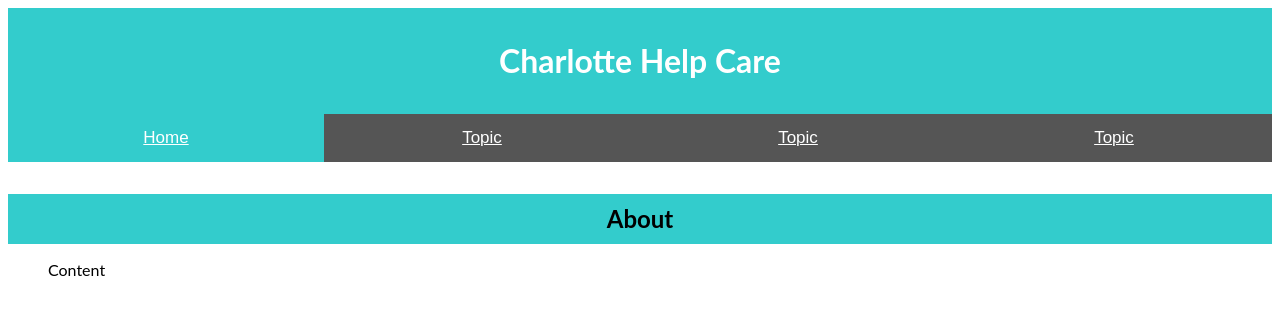
Repository: celrod1/ITIS2211
Page: Index.html
The author's editor kept a record of every edit. The page is drawn from the files as they stood at one moment, then again after the next edit.
The browser window is 1280 px wide. The pictures show the whole page.

Above is the page before.

### Index.html
<!DOCTYPE html>
<html>
<head>

<style>
body {font-family: "Lato", sans-serif;}

.tablink {
  background-color: #555;
  color: white;
  float: left;
  border: none;
  outline: none;
  cursor: pointer;
  padding: 14px 16px;
  font-size: 17px;
  width: 25%;
}

.tablink:hover {
  background-color: #777;
}

.tabcontent {
  color: white;
  display: none;
  padding: 12px;
  text-align: center;
}

#Home {background-color:#33cccc;}
#Topic {background-color:#ff4d4d;}
#Topic {background-color:#c653c6;}
#Topic {background-color:#ffb84d;}
</style>
</head>
<body>


<div id="Home" class="tabcontent">
    <h1>Charlotte Help Care</h1>
</div>

<div id="Topic" class="tabcontent">
  <h1>Citizenship Project</h1>
</div>

<div id="Topic" class="tabcontent">
  <h1>Citizenship Project</h1>
</div>

<div id="Topic" class="tabcontent">
  <h1>Citizenship Project</h1>
</div>

<button class="tablink" onclick="openTab('Home', this, '#33cccc')" id="defaultOpen"><a href = "" style = "color:white">Home</a></button>
<button class="tablink" onclick="openTab('Topic', this, '#ff4d4d')" ><a href = ""  style = "color:white">Topic</a></button>
<button class="tablink" onclick="openTab('Topic', this, '#c653c6')"><a href = ""  style = "color:white">Topic</a></button>
<button class="tablink" onclick="openTab('Topic', this, '#ffb84d')"><a href = ""  style = "color:white">Topic</a></button>

<script>
function openTab(name,elmnt,color) {
  var i, tabcontent, tablinks;
  tabcontent = document.getElementsByClassName("tabcontent");
  for (i = 0; i < tabcontent.length; i++) {
    tabcontent[i].style.display = "none";
  }
  tablinks = document.getElementsByClassName("tablink");
  for (i = 0; i < tablinks.length; i++) {
    tablinks[i].style.backgroundColor = "";
  }
  document.getElementById(name).style.display = "block";
  elmnt.style.backgroundColor = color;


}
// Get the element with id="defaultOpen" and click on it
document.getElementById("defaultOpen").click();
</script>


</body>
</html>
<html>

	<head>
		<meta charset="UTF-8">
		<title>Citizenship Project</title>
  	</head>

  	<body bgcolor = "white";>
		<div style = "Background-color: white; height: 60px; scroll-direction: horizontal;">
		</div>
		<div style = "Background-color: #33cccc; height: 50px; scroll-direction: horizontal;">
		<h2 style = "text-align:center; padding: 10px">About</h2></div>
		<p style = "padding-left: 40px; padding-right: 40px">
			Content

		</p>
  		</div>
  	</body>
</html>

After the next edit:
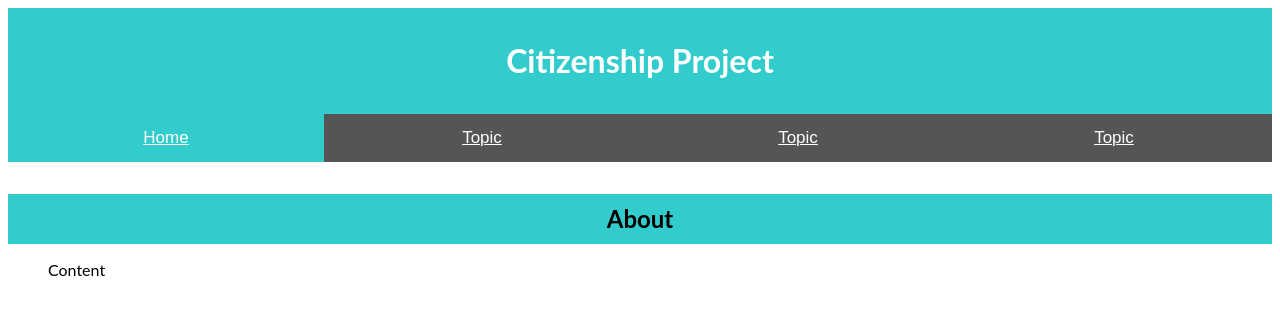
The edit:
--- a/Index.html
+++ b/Index.html
@@ -38,7 +38,7 @@
 
 
 <div id="Home" class="tabcontent">
-    <h1>Charlotte Help Care</h1>
+    <h1>Citizenship Project</h1>
 </div>
 
 <div id="Topic" class="tabcontent">
